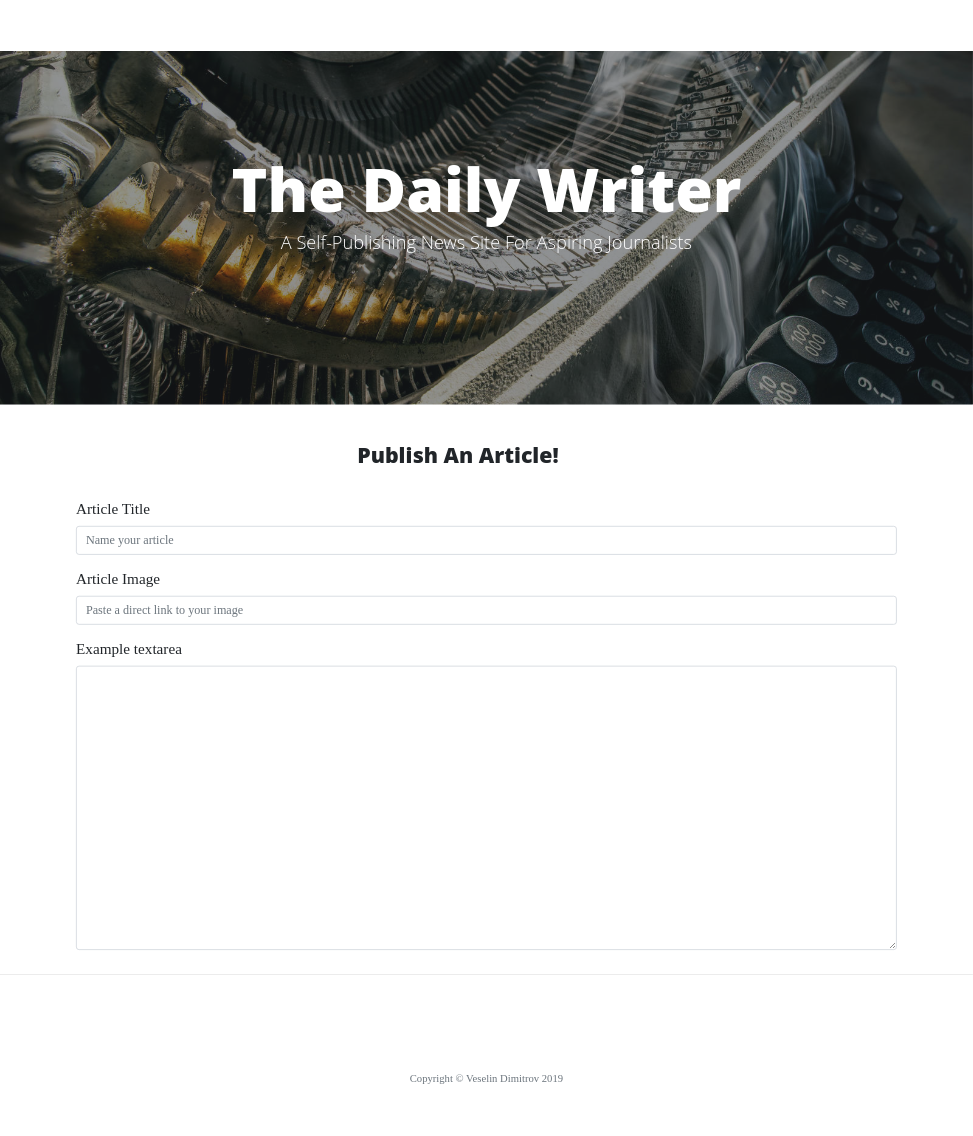
Repository: Vesss/Blog-Project
Page: http://localhost/post
The author's editor kept a record of every edit. The page is drawn from the files as they stood at one moment, then again after the next edit.
The browser window is 1280 px wide. The pictures show the whole page, at 76% of full size.
The page is served by the project's application, run on Flask 3 (app.py). Other server files are loaded and not shown.

Above is the page before.

### templates/post.html
{% extends 'base.html' %} {% block content %}
<div class="container">
    <div class="row justify-content-center">
        <h3 class="col-sm-4">Publish An Article!</h3>
    </div>
</div>

<br />

<div class="container">
    <div class="row">
        <form action="" method="POST" class="col-sm-12">
            <div class="form-group">
                <label for="article">Article Title</label>
                <input type="text" class="form-control" placeholder="Name your article">
            </div>
            <div class="form-group">
                <label for="image">Article Image</label>
                <input type="text" class="form-control" placeholder="Paste a direct link to your image">
            </div>
            <div class="form-group">
                <label for="exampleFormControlTextarea1">Example textarea</label>
                <textarea class="form-control" id="exampleFormControlTextarea1" rows="15"></textarea>
            </div>
        </form>
    </div>
</div>
{% endblock %}

### templates/base.html
<!DOCTYPE html>
<html lang="en">
<head>
    <meta charset="UTF-8">
    <meta name="viewport" content="width=device-width, initial-scale=1.0">
    <meta http-equiv="X-UA-Compatible" content="ie=edge">
    <link rel="stylesheet" href="{{ url_for('static', filename='vendor/bootstrap/css/bootstrap.min.css') }}" type="text/css" />
    <link rel="stylesheet" href="{{ url_for('static', filename='css/clean-blog.min.css') }}" type="text/css" />
    <link rel="stylesheet" href="{{ url_for('static', filename='css/style.css') }}" type="text/css" />
    <title>The Daily Writer</title>
</head>
<body>
    <nav class="navbar navbar-expand-lg navbar-light fixed-top" id="mainNav">
    <div class="container">
      <a class="navbar-brand" href="{{ url_for('index') }}">The Daily Writer</a>
      <button class="navbar-toggler navbar-toggler-right" type="button" data-toggle="collapse" data-target="#navbarResponsive" aria-controls="navbarResponsive" aria-expanded="false" aria-label="Toggle navigation">
        Menu
        <i class="fas fa-bars"></i>
      </button>
      <div class="collapse navbar-collapse" id="navbarResponsive">
        <ul class="navbar-nav ml-auto">
          <li class="nav-item">
            <a class="nav-link" href="{{ url_for('index') }}">Home</a>
          </li>
          <li class="nav-item">
            <a class="nav-link" href="{{ url_for('about') }}">About</a>
          </li>
          <li class="nav-item">
            <a class="nav-link" href="{{ url_for('post') }}">Post</a>
          </li>
          <li class="nav-item">
            <a class="nav-link" href="{{ url_for('contact') }}">Contact Us</a>
          </li>
          <li class="nav-item">
            <a class="nav-link" href="{{ url_for('articles') }}">Articles</a>
          </li>
        </ul>
      </div>
    </div>
  </nav>

  <!-- Page Header -->
  <header class="masthead" style="background-image: url('{{ url_for('static', filename='img/the_engine_of_history.jpg') }}')">
    <div class="overlay"></div>
    <div class="container">
      <div class="row">
        <div class="col-lg-8 col-md-10 mx-auto">
          <div class="site-heading">
            <h1>The Daily Writer</h1>
            <span class="subheading">A Self-Publishing News Site For Aspiring Journalists</span>
          </div>
        </div>
      </div>
    </div>
  </header>

  <!-- Main Content -->
  <div class="container">

    {% block content %}
    {% endblock %}

  </div>

  <hr>

  <!-- Footer -->
  <footer>
    <div class="container">
      <div class="row">
        <div class="col-lg-8 col-md-10 mx-auto">
          <ul class="list-inline text-center">
            <li class="list-inline-item">
              <a href="#">
                <span class="fa-stack fa-lg">
                  <i class="fas fa-circle fa-stack-2x"></i>
                  <i class="fab fa-twitter fa-stack-1x fa-inverse"></i>
                </span>
              </a>
            </li>
            <li class="list-inline-item">
              <a href="#">
                <span class="fa-stack fa-lg">
                  <i class="fas fa-circle fa-stack-2x"></i>
                  <i class="fab fa-facebook-f fa-stack-1x fa-inverse"></i>
                </span>
              </a>
            </li>
            <li class="list-inline-item">
              <a href="#">
                <span class="fa-stack fa-lg">
                  <i class="fas fa-circle fa-stack-2x"></i>
                  <i class="fab fa-github fa-stack-1x fa-inverse"></i>
                </span>
              </a>
            </li>
          </ul>
          <p class="copyright text-muted">Copyright &copy; Veselin Dimitrov 2019</p>
        </div>
      </div>
    </div>
  </footer>

  <!-- Bootstrap core JavaScript -->
  <script src="{{ url_for('static', filename='vendor/jquery/jquery.min.js') }}"></script>
  <script src="{{ url_for('static', filename='vendor/bootstrap/js/bootstrap.bundle.min.js') }}"></script>

  <!-- Custom scripts for this template -->
  <script src="{{ url_for('static', filename='js/clean-blog.min.js') }}"></script>

</body>
</html>

### app.py
import os
from flask import Flask, render_template, redirect, request, url_for
from flask_pymongo import PyMongo
from bson.objectid import ObjectId
from flask_mail import Mail
from flask_mail import Message


app = Flask(__name__)

app.config["MONGO_DBNAME"] = "blog_project"
app.config["MONGO_URI"] = "mongodb+srv://root:maniac93@myfirstcluster-ilypv.mongodb.net/blog_project?retryWrites=true&w=majority"
app.config["DEBUG"] = True
app.config["TESTING"] = False
app.config["MAIL_SERVER"] = "smtp.gmail.com"
app.config["MAIL_PORT"] = 587
app.config["MAIL_USE_TLS"] = True
app.config["MAIL_USE_SSL"] = False
# app.config["MAIL_DEBUG"] = True
app.config["MAIL_USERNAME"] = None
app.config["MAIL_PASSWORD"] = None
app.config["MAIL_DEFAULT_SENDER"] = "blitzermann4@gmail.com"
app.config["MAIL_MAX_EMAILS"] = 5
app.config["MAIL_SUPPRESS_SEND"] = False
app.config["MAIL_ASCII_ATTACHMENTS"] = False

mail = Mail(app)

mongo = PyMongo(app)

@app.route("/")
def index():
    return render_template("index.html")

@app.route("/about")
def about():
    return render_template("about.html", about=mongo.db.about_information.find())

@app.route("/contact")
def contact():
    return render_template("contact.html")

@app.route("/post")
def post():
    return render_template("post.html")

# @app.route("/add_article")
# def add_article():

@app.route("/articles")
def articles():
    return render_template("articles.html")

@app.route("/send", methods=["GET", "POST"])
def send():
    msg = Message("Hi there", recipients=["ves.dimitrov121@gmail.com"])
    mail.send(msg)
    if request.method == "POST":
        return 'Form posted.'
    elif request.method == "GET":
        return render_template('contact.html')


if __name__ == "__main__":
    app.run(host=os.environ.get("IP"),
            port=int(os.environ.get("PORT")),
            debug=True)

### static/css/style.css
.contact-form{
    background:rgba(0,0,0, .3);
    color:white;
    margin-top: 100px;
    padding: 20px;
    box-shadow: 0px 0px 10px 3px grey;
}

hr {
    background: white;
}

Loaded but not shown: static/css/clean-blog.min.css (library); static/js/clean-blog.min.js (common file)

After the next edit:
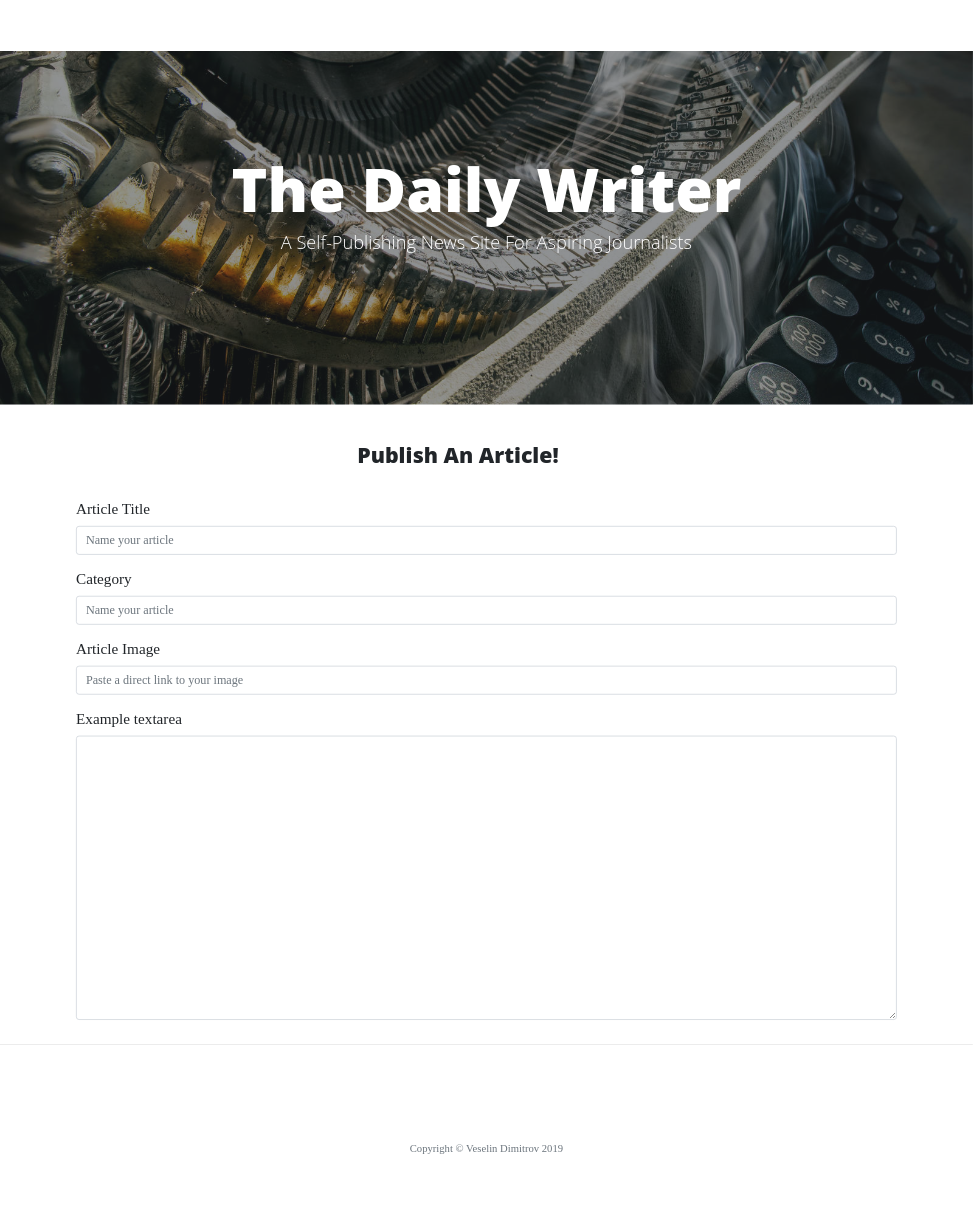
The edit:
--- a/templates/post.html
+++ b/templates/post.html
@@ -15,6 +15,10 @@
                 <input type="text" class="form-control" placeholder="Name your article">
             </div>
             <div class="form-group">
+                <label for="article">Category</label>
+                <input type="text" class="form-control" placeholder="Name your article">
+            </div>
+            <div class="form-group">
                 <label for="image">Article Image</label>
                 <input type="text" class="form-control" placeholder="Paste a direct link to your image">
             </div>
